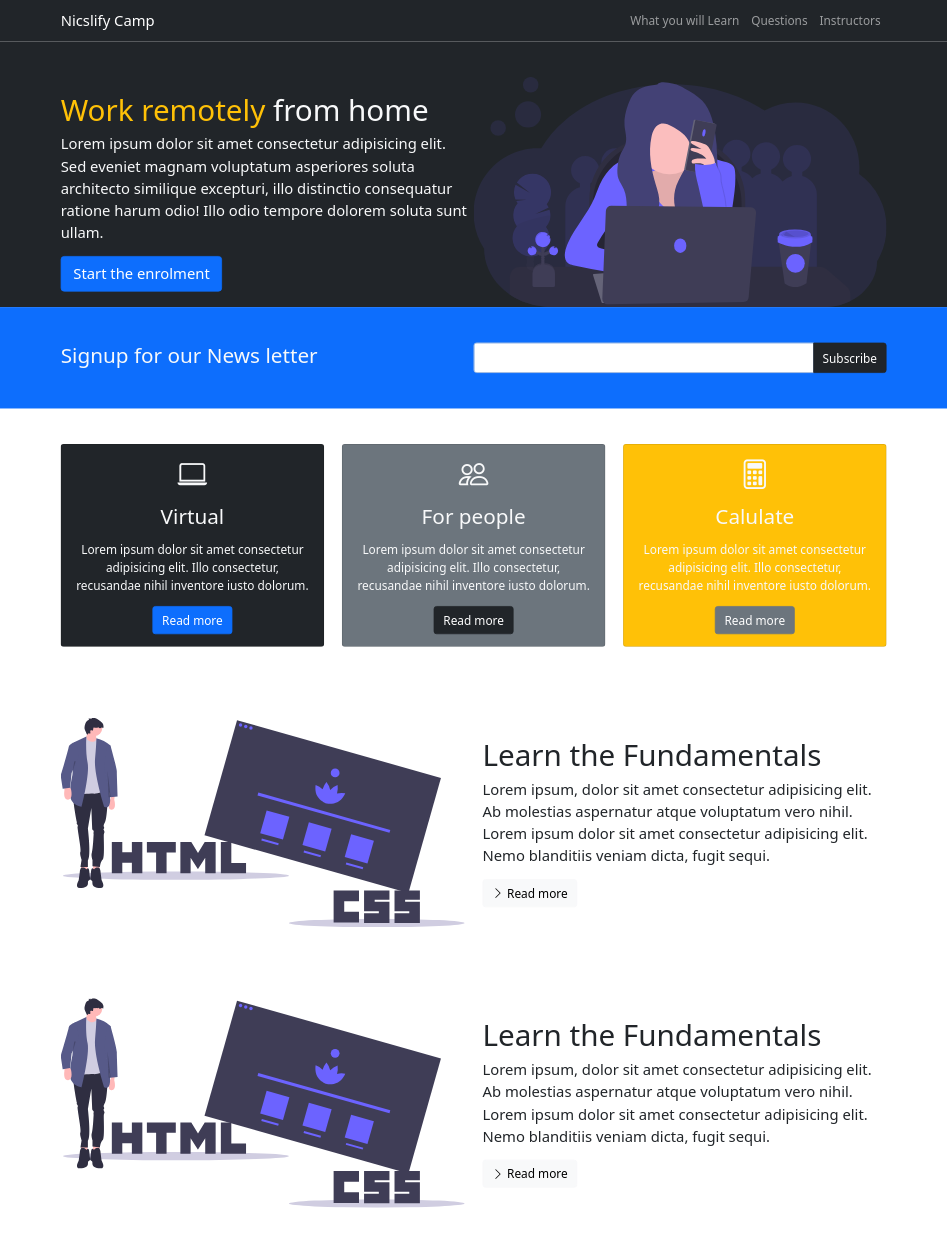
Repository: Eugene44-hub/enrollment-site
Page: index.html
These files come from the project's save history. The page is drawn as it stood at one moment and after a run of saves; the edit follows.
The browser window is 1280 px wide. The pictures show the whole page, at 74% of full size.
Some web libraries are served in a nearby version.

Above is the page before, as saved 2021-10-20 12:21:55.

### index.html
<!DOCTYPE html>
<html lang="en">

<head>
    <meta charset="UTF-8">
    <meta http-equiv="X-UA-Compatible" content="IE=edge">
    <meta name="viewport" content="width=device-width, initial-scale=1.0">
    <!-- CSS only -->
    <link href="https://cdn.jsdelivr.net/npm/bootstrap@5.1.3/dist/css/bootstrap.min.css" rel="stylesheet" integrity="sha384-1BmE4kWBq78iYhFldvKuhfTAU6auU8tT94WrHftjDbrCEXSU1oBoqyl2QvZ6jIW3" crossorigin="anonymous">
    <link rel="stylesheet" href="https://cdn.jsdelivr.net/npm/bootstrap-icons@1.6.1/font/bootstrap-icons.css">
    <link rel="stylesheet" href="style.css">
    <title>Bootstrap webpage</title>
</head>

<body>
    <!-- nav bar starts -->
    <nav class="navbar navbar-expand-md bg-dark navbar-dark">
        <div class="container">
            <a href="" class="navbar-brand">Nicslify Camp</a>

            <button class="navbar-toggler" type="button" data-bs-toggle='collapse' data-bs-target="#navmenu">
              <span class="navbar-toggler-icon"></span>
            </button>

            <div class="collapse navbar-collapse" id="navmenu">
                <ul class="navbar-nav ms-auto text-center text-sm-start">
                    <li class="nav-item">
                        <a href="#learn" class="nav-link">What you will Learn</a>
                    </li>
                    <li class="nav-item">
                        <a href="#" class="nav-link">Questions</a>
                    </li>
                    <li class="nav-item">
                        <a href="#" class="nav-link">Instructors</a>
                    </li>
                </ul>
            </div>
        </div>
    </nav>
    <!-- nav bar ends -->


    <!-- showCase starts -->
    <section class="bg-dark text-light text-center text-sm-start p-lg-0 pt-5 pb-5">
        <div class="container">
            <div class="d-md-flex pt-5 align-items-center">
                <div class="">
                    <div class="h1 "><span class="text-warning">Work remotely</span> from home</div>
                    <p class="lead">Lorem ipsum dolor sit amet consectetur adipisicing elit. Sed eveniet magnam voluptatum asperiores soluta architecto similique excepturi, illo distinctio consequatur ratione harum odio! Illo odio tempore dolorem soluta sunt ullam.</p>
                    <button class="btn btn-primary btn-lg ">Start the enrolment</button>
                </div>
                <img src="undraw_working_remotely_jh40.svg" class="img-fluid w-50 d-none d-md-block" alt="">
            </div>
        </div>
    </section>
    <!-- showCase ends -->

    <!-- signup starts -->
    <section class="bg-primary text-light p-5">
        <div class="container">
            <div class="d-md-flex justify-content-between">
                <p class="h3">Signup for our News letter</p>
                <div class="input-group" id="input-field">
                    <input type="text" class="form-control">
                    <button type="button" class="btn btn-dark">Subscribe</button>
                </div>
            </div>
        </div>
    </section>
    <!-- signup ends -->

    <!-- boxes starts -->
    <section class="my-5">
        <div class="container">
            <div class="row g-4">
                <div class="col-md">
                    <div class="card bg-dark text-center text-light ">
                        <div class="card-body">
                            <div class="h1 mb-3"><i class="bi bi-laptop"></i></div>
                            <div class="card-title h3 mb-3">Virtual</div>
                            <div class="card-text">
                                Lorem ipsum dolor sit amet consectetur adipisicing elit. Illo consectetur, recusandae nihil inventore iusto dolorum.
                            </div>
                            <a href="" class="btn btn-primary mt-3">Read more</a>
                        </div>
                    </div>


                </div>
                <div class="col-md">
                    <div class="card bg-secondary text-center text-light ">
                        <div class="card-body">
                            <div class="h1 mb-3"><i class="bi bi-people"></i></div>
                            <div class="card-title h3 mb-3">For people</div>
                            <div class="card-text">
                                Lorem ipsum dolor sit amet consectetur adipisicing elit. Illo consectetur, recusandae nihil inventore iusto dolorum.
                            </div>
                            <a href="" class="btn btn-dark mt-3">Read more</a>
                        </div>
                    </div>
                </div>
                <div class="col-md">
                    <div class="card bg-warning text-center text-light ">
                        <div class="card-body">
                            <div class="h1 mb-3"><i class="bi bi-calculator"></i></div>
                            <div class="card-title h3 mb-3">Calulate</div>
                            <div class="card-text">
                                Lorem ipsum dolor sit amet consectetur adipisicing elit. Illo consectetur, recusandae nihil inventore iusto dolorum.
                            </div>
                            <a href="" class="btn btn-secondary mt-3">Read more</a>
                        </div>
                    </div>
                </div>
            </div>
        </div>
    </section>
    <!-- boxes starts -->

    <!-- learn section starts -->
    <section class="p-5" id=learn>
        <div class="container">
            <div class="row align-items-center">

                <div class="col-md m-auto">
                    <img src=" frontend.svg " class="img-fluid">
                </div>



                <div class="col-md mt-5 mt-md-0 ">
                    <h1>Learn the Fundamentals</h1>
                    <p class="lead ">
                        Lorem ipsum, dolor sit amet consectetur adipisicing elit. Ab molestias aspernatur atque voluptatum vero nihil. <br> Lorem ipsum dolor sit amet consectetur adipisicing elit. Nemo blanditiis veniam dicta, fugit sequi.
                    </p>
                    <a href=# class="btn btn-light"><i class="bi bi-chevron-right"></i> Read more</a>
                </div>
            </div>
        </div>
    </section>

    <section class="p-5" id=learn>
        <div class="container">
            <div class="row align-items-center">

                <div class="col-md m-auto">
                    <img src=" frontend.svg " class="img-fluid">
                </div>



                <div class="col-md mt-5 mt-md-0 ">
                    <h1>Learn the Fundamentals</h1>
                    <p class="lead ">
                        Lorem ipsum, dolor sit amet consectetur adipisicing elit. Ab molestias aspernatur atque voluptatum vero nihil. <br> Lorem ipsum dolor sit amet consectetur adipisicing elit. Nemo blanditiis veniam dicta, fugit sequi.
                    </p>
                    <a href=# class="btn btn-light"><i class="bi bi-chevron-right"></i> Read more</a>
                </div>
            </div>
        </div>
    </section>
    <!-- learn section ends -->


</body>
<!-- JavaScript Bundle with Popper -->
<script src="https://cdn.jsdelivr.net/npm/bootstrap@5.1.3/dist/js/bootstrap.bundle.min.js " integrity="sha384-ka7Sk0Gln4gmtz2MlQnikT1wXgYsOg+OMhuP+IlRH9sENBO0LRn5q+8nbTov4+1p " crossorigin="anonymous "></script>

</html>

### style.css
@media screen and (min-width:768px) {
    #input-field {
        width: 50%;
    }
}

After the next 2 saves:
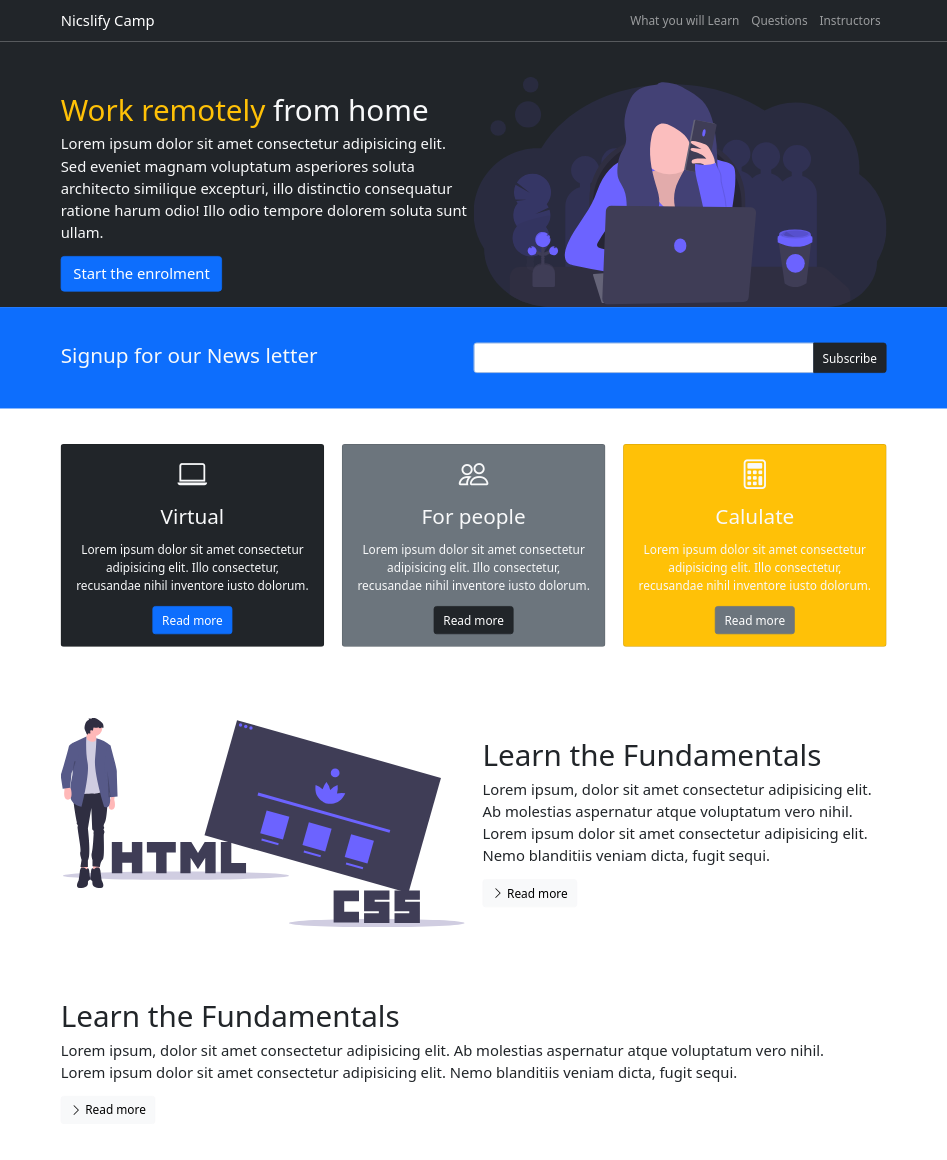
The 2 saves are shown as one change because they came seconds apart.
The last was saved 15 s later.
--- a/index.html
+++ b/index.html
@@ -142,12 +142,6 @@
         <div class="container">
             <div class="row align-items-center">
 
-                <div class="col-md m-auto">
-                    <img src=" frontend.svg " class="img-fluid">
-                </div>
-
-
-
                 <div class="col-md mt-5 mt-md-0 ">
                     <h1>Learn the Fundamentals</h1>
                     <p class="lead ">
